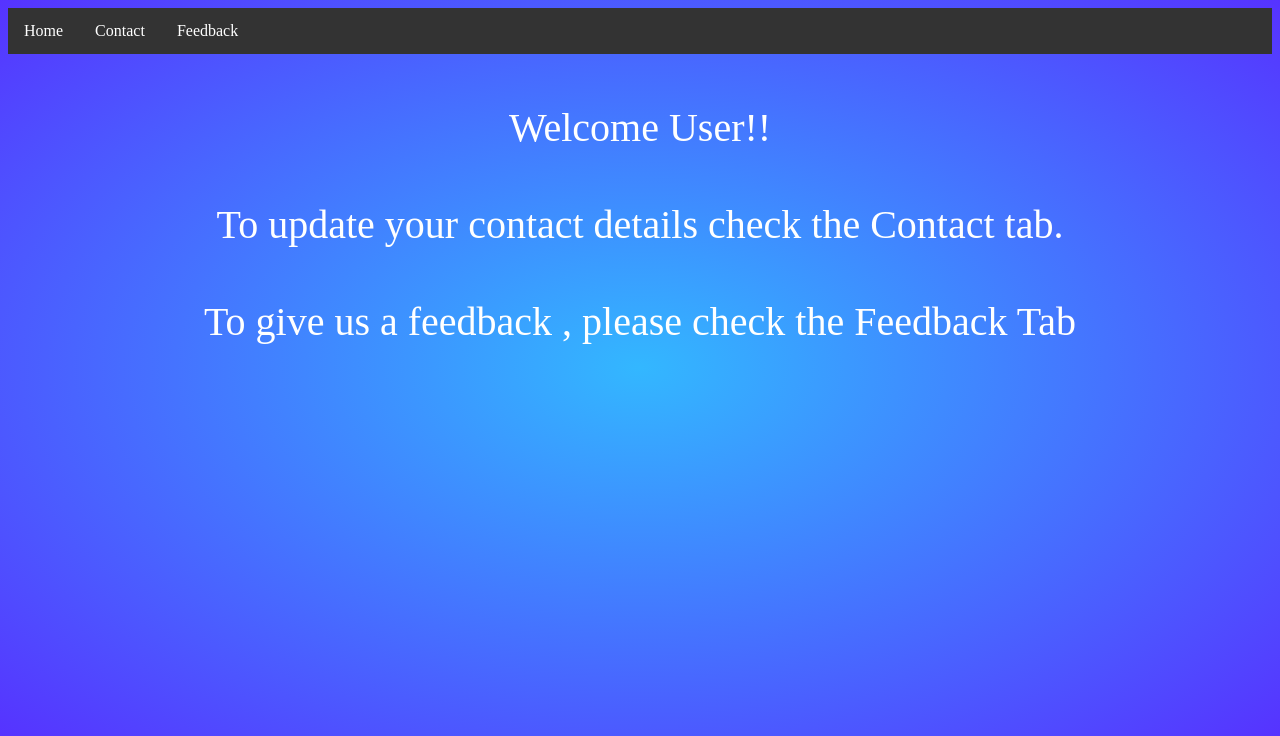
Repository: ShreyasG27/Amdocs-Training
Page: http://localhost/e-learning-frontend/afteruserlogin.jsp
The author's editor kept a copy of each file at every save. The page is drawn from the files as they stood at one save, then again after the next save.
The browser window is 1280 px wide. The pictures show the whole page.
The page is served by Tomcat 9.

Above is the page before, as saved 2021-08-22 17:09:17.

After the next save:
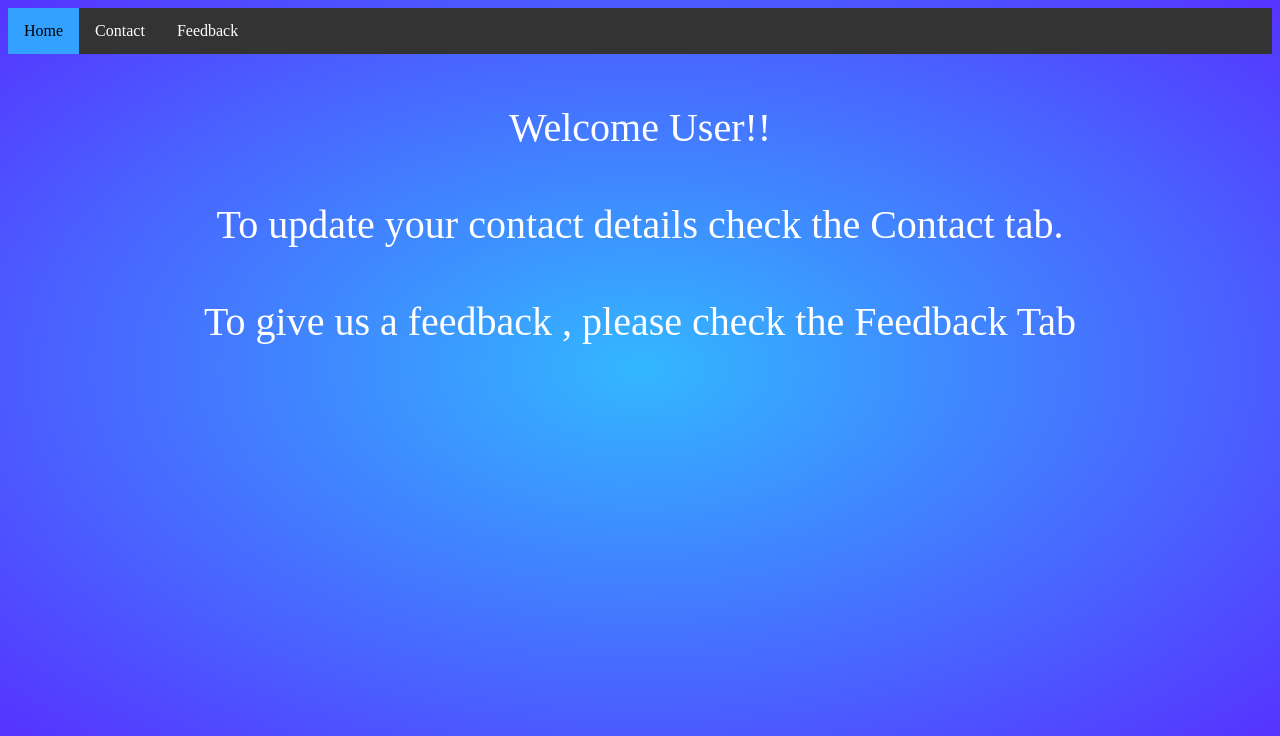
Saved 14 s later.
--- a/e-learning-frontend/src/main/webapp/afteruserlogin.jsp
+++ b/e-learning-frontend/src/main/webapp/afteruserlogin.jsp
@@ -91,7 +91,7 @@ li a:hover:not(.active) {
 </head>
 <body>
 <ul>
-<li><a href="afteruserlogin.jsp">Home</a></li>
+<li><a class="active" href="afteruserlogin.jsp">Home</a></li>
   <li><a href="contact.jsp">Contact</a></li>
   <li><a href="feedback.jsp">Feedback</a></li>
 </ul>
